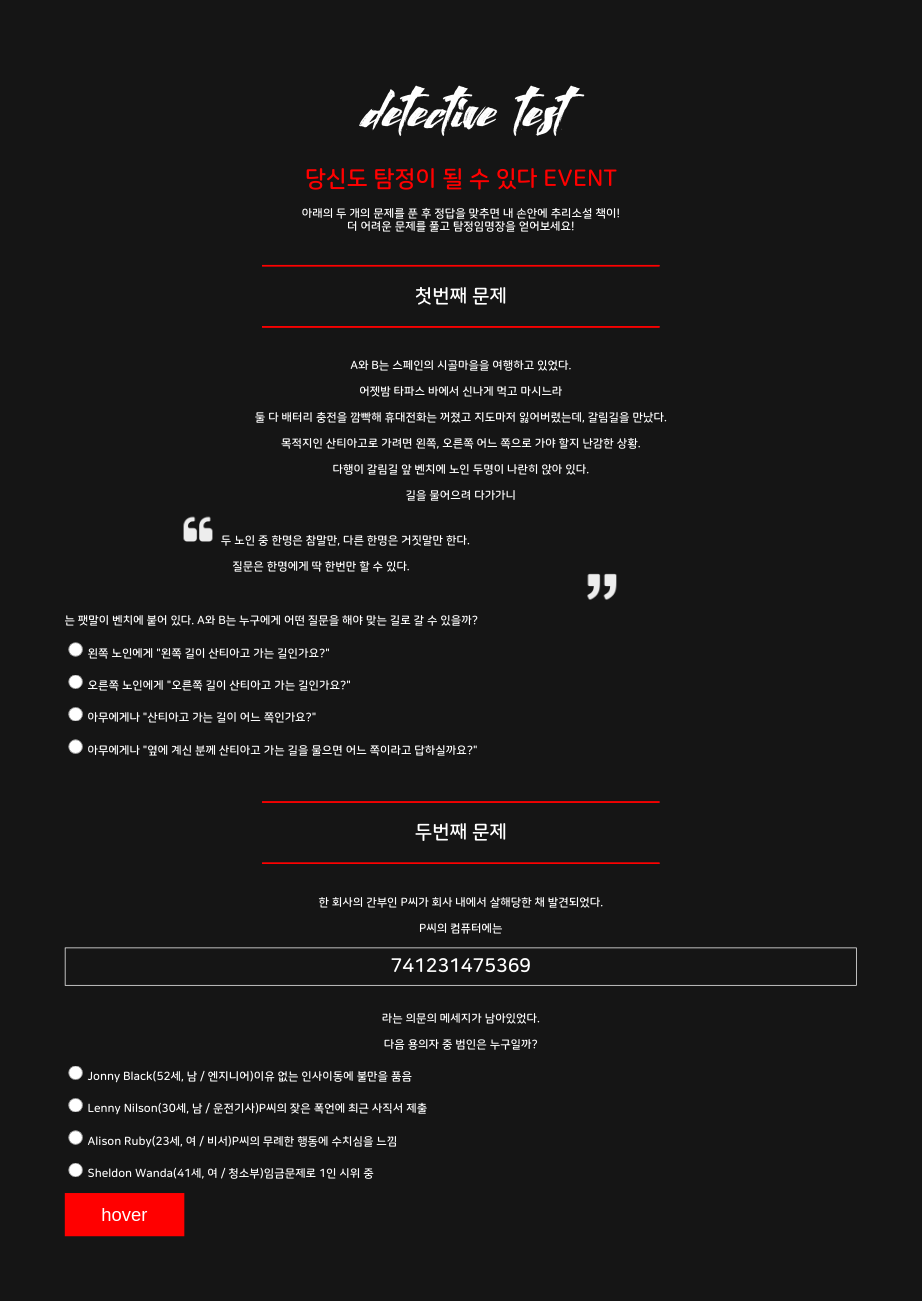
Repository: minkyung0421/Event_Project
Page: http://localhost/Event/quiz.jsp
These files come from the project's save history. The page is drawn as it stood at one moment and after the next save; the edit follows.
The browser window is 1280 px wide. The pictures show the whole page, at 72% of full size.
The page is served by Tomcat 9.

Above is the page before, as saved 2018-09-04 07:41:03.

### Event_Project/Event/WebContent/quiz.jsp
<%@ page language="java" contentType="text/html; charset=UTF-8"
    pageEncoding="UTF-8"%>
<!DOCTYPE html PUBLIC "-//W3C//DTD HTML 4.01 Transitional//EN" "http://www.w3.org/TR/html4/loose.dtd">
<html>
<head>
<meta http-equiv="Content-Type" content="text/html; charset=UTF-8">
<title>EVENT</title>
<style>
@font-face{
	font-family: 'Calligraphy Personal Use'; src:url('font/Calligraphy Personal Use.ttf');
}
@font-face{font-family:'NANUMSQUAREROUNDL'; src:url('font/NANUMSQUAREROUNDL.TTF')}
@font-face{font-family:'NANUMSQUAREROUNDB'; src:url('font/NANUMSQUAREROUNDB.TTF')}

body{
	margin:7%;
	padding:0px;
	font-family:'NANUMSQUAREROUNDB';
	background-color: #151515;
	color: white;
}

button{
  background:red;
  color:#fff;
  border:none;
  position:relative;
  height:60px;
  font-size:1.6em;
  padding:0 2em;
  cursor:pointer;
  transition:800ms ease all;
  outline:none;
}
button:hover{
  background:#151515;
  color:white;
}
button:before,button:after{
  content:'';
  position:absolute;
  top:0;
  right:0;
  height:2px;
  width:0;
  background: red;
  transition:400ms ease all;
}
button:after{
  right:inherit;
  top:inherit;
  left:0;
  bottom:0;
}
button:hover:before,button:hover:after{
  width:100%;
  transition:800ms ease all;
}

</style>
</head>
<style>
</style>
<body>
<form action = "quiz_result.jsp" method="post">
<center><div style = "font-family: Calligraphy Personal Use; font-size: 90pt; margin-top:5%">detective test</div></center>

<center><h1 style = "color:red">당신도 탐정이 될 수 있다 EVENT</h1>
<div style = "color: white;">아래의 두 개의 문제를 푼 후 정답을 맞추면 내 손안에 추리소설 책이! <br>
더 어려운 문제를 풀고 탐정임명장을 얻어보세요!</div>
<br><br>
<hr color="red" style = "width: 50%">
<br>
<div style = "font-size: 20pt;">첫번째 문제</div>
<br>
<hr color="red" style = "width: 50%">
<br>
<br>
</center>
<center>
A와 B는 스페인의 시골마을을 여행하고 있었다. <br><br>
어젯밤 타파스 바에서 신나게 먹고 마시느라 <br><br> 둘 다 배터리 충전을 깜빡해
휴대전화는 꺼졌고 지도마저 잃어버렸는데, 갈림길을 만났다.<br><br>
목적지인 산티아고로 가려면 왼쪽, 오른쪽 어느 쪽으로 가야 할지 난감한 상황. <br><br>
다행이 갈림길 앞 벤치에 노인 두명이 나란히 앉아 있다. <br><br>길을 물어으려 다가가니<br><br> </center>
<div style = "margin-left:15%;"><img src ="img/quote-left.png" widt=40px height=40px>&nbsp;&nbsp;
두 노인 중 한명은 참말만, 다른 한명은 거짓말만 한다.<br><br>&nbsp;&nbsp;&nbsp;&nbsp;&nbsp;&nbsp;&nbsp;
&nbsp;&nbsp;&nbsp;&nbsp;&nbsp;&nbsp;&nbsp;&nbsp;&nbsp;질문은 한명에게 딱 한번만 할 수 있다.<br><img src ="img/right-quote-sign.png" widt=40px height=40px style = "margin-left:60%;"></div><br>
는 팻말이 벤치에 붙어 있다. A와 B는 누구에게 어떤 질문을 해야 맞는 길로 갈 수 있을까?<br><br>


	<label><input type = "radio" name = "quiz1" value = "1" style="width:20px;height:20px;"> 왼쪽 노인에게 "왼쪽 길이 산티아고 가는 길인가요?"</label><br><br>
	<label><input type = "radio" name = "quiz1" value = "2" style="width:20px;height:20px;"> 오른쪽 노인에게 "오른쪽 길이 산티아고 가는 길인가요?"</label><br><br>
	<label><input type = "radio" name = "quiz1" value = "3" style="width:20px;height:20px;"> 아무에게나 "산티아고 가는 길이 어느 쪽인가요?"</label><br><br>
	<label><input type = "radio" name = "quiz1" value = "4" style="width:20px;height:20px;"> 아무에게나 "옆에 계신 분께 산티아고 가는 길을 물으면 어느 쪽이라고 답하실까요?"</label><br><br>

<center>
<br><br>
<hr color="red" style = "width: 50%; ">
<br>
<div style = "font-size: 20pt;">두번째 문제</div>
<br>
<hr color="red" style = "width: 50%;">
<br>
<br>
한 회사의 간부인 P씨가 회사 내에서 살해당한 채 발견되었다.<br><br>
P씨의 컴퓨터에는<br><br>
 <div style="border:1px solid; padding:10px; font-size: 20pt"> 741231475369 </div><br><br>
 라는 의문의 메세지가 남아있었다.<br><br>
 다음 용의자 중 범인은 누구일까? <br><br>
 </center>
	<label><input type = "radio" name = "quiz2" value = "1" style="width:20px;height:20px;"> Jonny Black(52세, 남 / 엔지니어)이유 없는 인사이동에 불만을 품음</label><br><br>
	<label><input type = "radio" name = "quiz2" value = "2" style="width:20px;height:20px;"> Lenny Nilson(30세, 남 / 운전기사)P씨의 잦은 폭언에 최근 사직서 제출</label><br><br>
	<label><input type = "radio" name = "quiz2" value = "3" style="width:20px;height:20px;"> Alison Ruby(23세, 여 / 비서)P씨의 무례한 행동에 수치심을 느낌</label><br><br>
	<label><input type = "radio" name = "quiz2" value = "4" style="width:20px;height:20px;"> Sheldon Wanda(41세, 여 / 청소부)임금문제로 1인 시위 중</label><br><br>


	<button>hover</button>
</form>

</body>
</html>

After the next save:
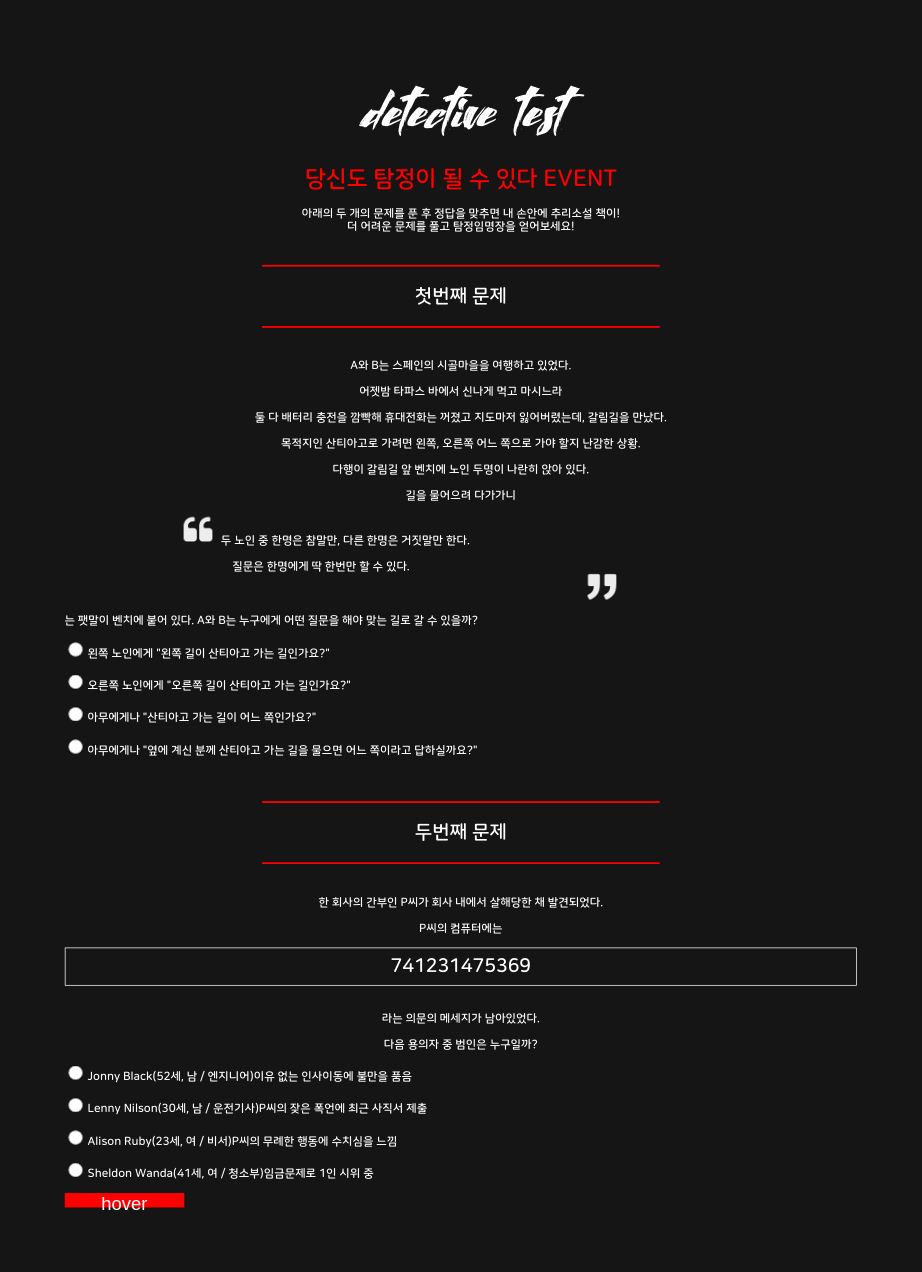
Saved 22 s later.
--- a/Event_Project/Event/WebContent/quiz.jsp
+++ b/Event_Project/Event/WebContent/quiz.jsp
@@ -25,7 +25,7 @@ button{
   color:#fff;
   border:none;
   position:relative;
-  height:60px;
+  height:20px;
   font-size:1.6em;
   padding:0 2em;
   cursor:pointer;
